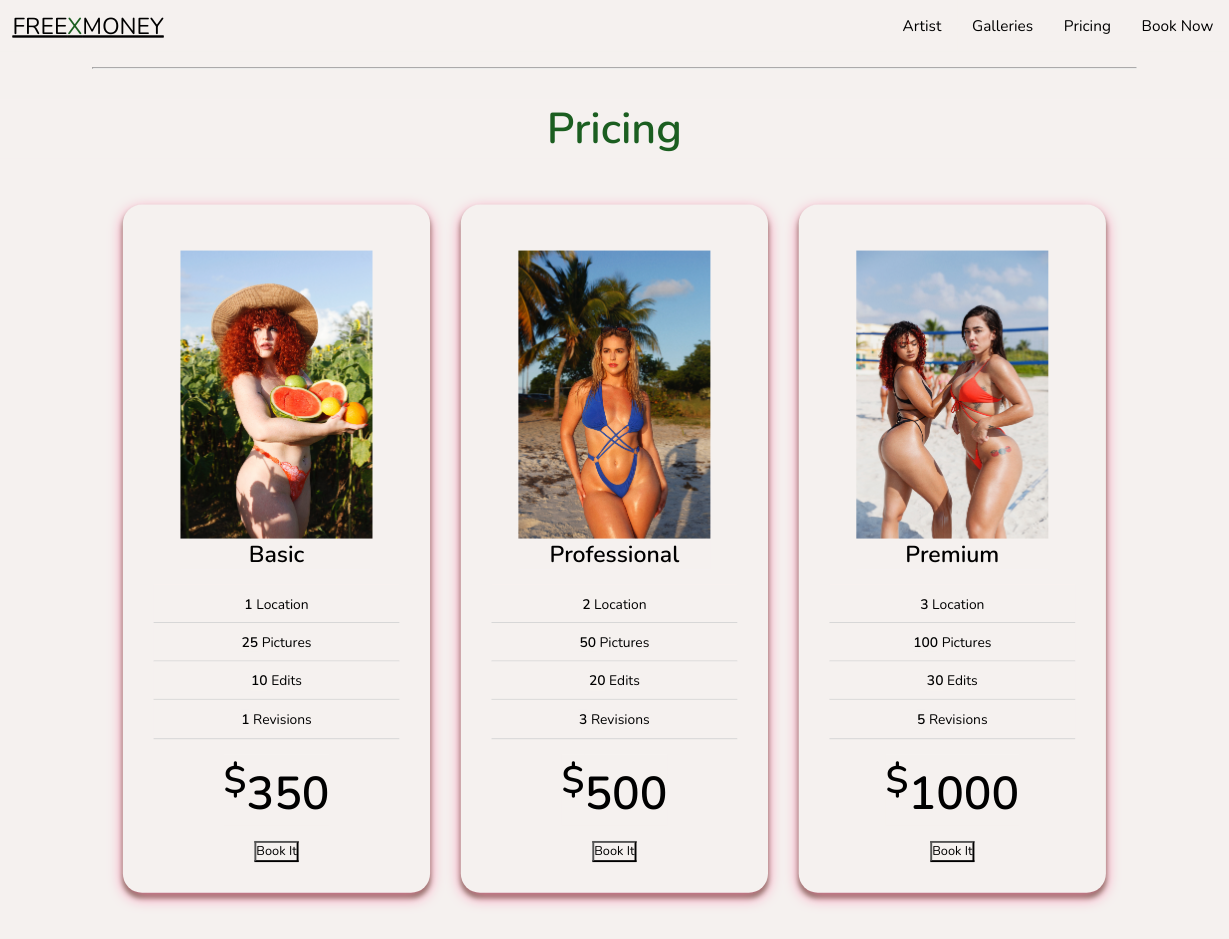
Repository: burntaftermint/freexmoney-draft
Page: price.html
These files come from the project's save history. The page is drawn as it stood at one moment and after the next save; the edit follows.
The browser window is 1280 px wide. The pictures show the whole page, at 96% of full size.
Some web fonts or font styles are not loaded; a fallback is used.

Above is the page before, as saved 2024-06-11 02:14:26.

### price.html
<!DOCTYPE html>
<html lang="en">
<head>
    <meta charset="UTF-8">
    <meta http-equiv="X-UA-Compatible" content="IE=edge">
    <meta name="viewport" content="width=device-width, initial-scale=1.0">
    <script src="script.js" defer></script>
    <title>FREEXMONEY</title>
    <link rel="preconnect" href="https://fonts.googleapis.com">
    <link rel="preconnect" href="https://fonts.gstatic.com" crossorigin>
    <link href="https://fonts.googleapis.com/css2?family=Architects+Daughter&family=Kumbh+Sans:wght@400;700&family=Montserrat:ital,wght@0,100;0,200;0,300;0,400;0,500;0,600;0,700;0,800;0,900;1,100;1,200;1,300;1,400;1,500;1,600;1,700;1,800;1,900&family=Nunito:wght@300;400;500;600&family=Roboto:wght@300&family=Rubik:wght@400;500;600;700;800&family=Yantramanav:wght@500&display=swap" rel="stylesheet">
    <link rel="stylesheet" type="text/css" href="style.css">
</head>
<body>
    <nav class="navbar">
        <div class="nav-title">
            <a href="index.html">FREE<span>X</span>MONEY</a>
        </div>
        <a href="#" class="toggle-button">
            <span class="bar"></span>
            <span class="bar"></span>
            <span class="bar"></span>
        </a>
        <div class="navbar-links">
            <ul>
                <li><a href="artist.html">Artist</a></li>
                <li><a href="gallery.html">Galleries</a></li>
                <li><a href="pricing.html">Pricing</a></li>
                <li><a href="home.html">Book Now</a></li>
            </ul>
        </div>
    </nav>
    <hr>
    <h1 class="galleryh1">Pricing</h1>
    <section class="pricing">
        <div class="card-wrapper">
            <!-- card header -->
            <div class="card-header">
                <img src="images/2.JPG" alt="basic">
                <h2>Basic</h2>
            </div>
            <!-- card detail -->
            <div class="card-detail">
                <p><b>1</b> Location </p>
                <p><b>25</b> Pictures </p>
                <p><b>10</b> Edits </p>
                <p><b>1</b> Revisions </p>

            </div>
            <!-- card price -->
            <div class="card-price">
                <p><sup>$</sup>350</p>
            </div>
            <!-- button -->
            <button class="card-button">Book It</button>
        </div>

        <div class="card-wrapper">
            <!-- card header -->
            <div class="card-header">
                <img src="images/4.JPG" alt="basic">
                <h2>Professional</h2>
            </div>
            <!-- card detail -->
            <div class="card-detail">
                <p><b>2</b> Location </p>
                <p><b>50</b> Pictures </p>
                <p><b>20</b> Edits </p>
                <p><b>3</b> Revisions </p>

            </div>
            <!-- card price -->
            <div class="card-price">
                <p><sup>$</sup>500</p>
            </div>
            <!-- button -->
            <button class="card-button">Book It</button>
        </div>

        <div class="card-wrapper">
            <!-- card header -->
            <div class="card-header">
                <img src="images/11.JPG" alt="basic">
                <h2>Premium</h2>
            </div>
            <!-- card detail -->
            <div class="card-detail">
                <p><b>3</b> Location </p>
                <p><b>100</b> Pictures </p>
                <p><b>30</b> Edits </p>
                <p><b>5</b> Revisions </p>

            </div>
            <!-- card price -->
            <div class="card-price">
                <p><sup>$</sup>1000</p>
            </div>
            <!-- button -->
            <button class="card-button">Book It</button>
        </div>

    </section>

</body>
</html>

### style.css

* {
    margin: 0;
    padding: 0;
    box-sizing: border-box;
    font-family: 'Nunito', sans-serif;
    background-color: #f5f1ef;
}

.container {
    display: flex;
    flex-direction: column;
    justify-content: center;
    align-items: center;
    text-align: center;
    margin: 15px 20px 0 20px;
}

.social-links img {
    width: 50px;

    margin: 20px;
    cursor: pointer;
}

.social-links {
    text-align: center;
}

hr {
    margin: 1rem 6rem 0 6rem;
}


.container .heading {
    width: 50%;
    padding-bottom: 20px;
}

.container .heading h3 {
    font-size: 3em;
    font-weight: 400;
    border-bottom: 3px solid #1b5e20;

}

.container .heading h3 span {
    color: #1b5e20;
    font-weight: 600;
}

.container .box {
    display: flex;
    flex-direction: row;
    justify-content: space-between;

}

.container .box .row1 {
    display: flex;
    flex-direction: column;
    width: 32.5%;
}

.container .box .row1 img {
    width: 100%;
    padding-bottom: 10px;
    animation: fadeInUp 2s ease;
}

.container .box .row1 img:hover{
    opacity: 0.5;
    transition: 0.2s ease;

}

.container .btn {
    margin: 40px 0 70px 0;
    background: #1b5e20;
    padding: 15px 40px ;
    border-radius: 5px;
}


.container .btn a {
    text-decoration: none;
    background-color: transparent;
    color: #f5f5f5;
    font-weight: bolder;
    letter-spacing: 1px;
}

.container .heading a {
    text-decoration: none;
    color: black;
}
.container .heading a:hover {

    color: #f06292;
}

.container .btn a:hover {
    text-decoration: none;
    background-color: transparent;
    color: #f06292;
    font-weight: bolder;

}

/* gallery css */
.gallery-container {
    width: 100%;
    min-height: 100vh;
    display: flex;
    justify-content: center;
    align-items: center;
    padding: 0px 90px;
}

.gallery-content-section {
    display: flex;
    justify-content: center;
    align-items: center;
    text-align: center;
    animation: fadeInRight 2s ease;
}

.gallery-content-section .gallery-card {
    flex: 1;
    margin: 20px 20px;
    box-shadow: 0px 2px 8px 0px rgba(0,0,0,0.2);
    border-radius: 20px;
    box-shadow: 0 5px 14px #fa7fa8, 0 5px 5px #1b5e20;
}

.gallery-content-section .gallery-card:hover {
    transform: scale(1.2);
    cursor: pointer;
}

.gallery-content-section .gallery-card img {
    width: 100%;
    height: auto;
    border-radius: 5px;
}

.gallery-content-section .gallery-card h2 {
    margin: 15px 0px;
    font-size: 28px;
    color: #f06292;
}

.gallery-content-section .gallery-card p {
    font-size: 16px;
    line-height: 1.5;
    padding: 0px 10px;
    margin-bottom: 20px;
}

.galleryh1 {
    text-align: center;
    font-size: 45px;
    color: #1b5e20;
    margin-top: 2rem;
}

/* home css */

.hero {
    background-color: #f5f1ef;
    overflow: hidden;
}

.home-heading h1 {
    color: #1b5e20;
    font-size: 55px;
    text-align: center;
    margin-top: 35px;
    margin-bottom: -30px;
}

.hero-content p {
    font-size: 24px;
    line-height: 1.5;
    margin-bottom: 40px;
    color: rgb(39, 39, 39);
}

.hero-btn {
    display: inline-block;
    background-color: #1b5e20;
    margin-top: -20px;
    padding: 12px 24px;
    border-radius: 5px;
    font-size: 20px;
    border: none;
    cursor: pointer;
    transition: 0.3s ease;
    font-weight: bolder;
    letter-spacing: 1px;
}
.hero-btn a {

    text-decoration: none;
    background-color: transparent;
    color: #f5f5f5;
}
.hero-btn a:hover {

    color: #f06292;
}
.container_home {
    display: flex;
    justify-content: center;
    align-items: center;
    width: 90%;
    margin: 65px auto;
}
.hero-content {
    flex: 1;
    width: 600px;
    margin: 0px 25px;
    animation: fadeInUp 2s ease;
}
.hero-image {
    flex: 1;
    width: 600px;
    margin: auto;
    animation: fadeInRight 2s ease;
}

.hero-content h2 {
    color: #f06292;
    font-size: 38px;
    margin-bottom: 10px;
}

.hero img {
width: 100%;
height: auto;
border-radius: 10px;
}

/* navbar css */
.navbar {
    display: flex;
    justify-content: space-between;
    align-items: center;
    background-color: #f5f1ef;


}

.nav-title {
    background-color: transparent;
    text-decoration: underline;
}
.nav-title a{
    color: black;

}
.nav-title a:hover{
    color: #f06292;
}
.nav-title span{
    background-color: transparent;
    color: #1b5e20;
}

.navbar-links ul {
    margin: 0;
    padding: 0;
    display: flex;
}

.navbar-links li {
    list-style: none;

}

.navbar-links li a {
    text-decoration: none;
    color: black;
    padding: 1rem;
    display: block;



}

.navbar-links li a:hover{
    color: #f06292;
}
.nav-title {
    font-size: 1.5rem;
    margin: .5rem;
    padding-left: 5px;

}

.toggle-button {
    position: absolute;
    top: .75rem;
    right: 1rem;
    display: none;
    flex-direction: column;
    justify-content: space-between;
    width: 30px;
    height: 21px;
}

.toggle-button .bar {
    height: 3px;
    width: 100%;
    background-color: black;
    border-radius: 10px;
}

/* Pricing css */

.pricing {
    display: flex;
    justify-content: center;
    flex-wrap: wrap;
    width: 100%;
    padding: 2rem;
}

.card-header >img {
    width: 200px;
    display: block;
    margin: 0 auto;
}

.card-wrapper {
    display: flex;
    flex-direction: column;
    align-items: center;
    justify-content: center;
    width: 320px;
    height: auto;

    border-radius: 20px;
    box-shadow: 0 5px 14px #fa7fa8, 0 5px 5px #1b5e20;
    padding: 2rem;
    margin: 1rem;
    transition: all 0.2 ease-in;
}

.card-wrapper:hover {
    transform: scale(1.1);

}

.card-wrapper:hover .card-header> h2{
    transform: scale(1.1);
    color: #f06292;
    letter-spacing: 2;
}
.card-header {
    margin: 1rem;
    text-align: center;

}

.card-detail {
    width: 100%;
    text-align: center;
}

.card-detail > p {
    padding: 0.6rem 1.5rem;
    font-size: 0.9rem;
    border-bottom: 1px solid #d5d5d5;

}

.card-price {
    display: flex;
    align-items: flex-start;
    margin: 1rem;
}

.card-price > p {
    font-size: 3rem;
    font-weight: 800;

}

.card-price > p > sup,
.card-price . p . sub {
    font-size: 1rem;
}





.pricing-card li {
    background-color: #fa7fa8;
}
.pricing-card strong {
    background-color: #fa7fa8;
}
.pricing-card sup {
    background-color: #fa7fa8;
}

.price {
    background-color: #fa7fa8;
    font-size: 70px;
    color: #f5f1ef;
    margin: 40px 0;
    transition: .2s linear;
}

.price sup, .price span {
    font-size: 22px;
    font-weight: 700;
}









@media only screen and (max-width: 1000px) {
    .gallery-content-section {
        flex-direction: column;
    }

    .pricing-card {
        flex: 50%;

    }

    .pricing-card-header {
        font-size: 10.5px;
    }

    .price {
        font-size: 45px;
    }

    .pricing-card li {
        font-size: 15px;
    }



}




@media only screen and (max-width: 769px) {
    .container .box {
        flex-direction: column;
    }
    .container .box .row1 {
        width: 100%;
    }
    .home-heading h1 {
        font-size: 45px;
        margin-top: 30px;
    }

    .hero {
        margin: 0px;

    }
    .container_home {
        width: 100%;
        flex-direction: column;
        margin: 0px;
        padding: 0px 40px;

    }
    .hero-content {
        width: 100%;
        margin: 35px 0px;
    }
    .hero-content h2 {
        font-size: 30px;

    }
    .hero-content p {
        font-size: 18px;
        margin-bottom: 20px;
    }
    .hero-btn {
        font-size: 16px;
        padding: 8px 16px;

    }
    .hero-image {
        width: 100%;
    }

    .pricing-card {
        flex: 50%;

    }

    .pricing-card-header {
        font-size: 6px;
    }

    .price {
        font-size: 35px;
    }

    .pricing-card li {
        font-size: 15px;
    }


}






@media only screen and (max-width: 718px) {
    .container .heading {
        width: 100%;

    }

    .container .heading h3 {
        font-size: 2.5em;


    }
}

@media only screen and (max-width: 549px) {
    .toggle-button {
        display: flex;

    }
    .navbar-links {
        display: none;
        width: 100%;

    }
    .navbar {
        flex-direction: column;
        align-items: flex-start;
    }

    .navbar-links ul {
        width: 100%;
        flex-direction: column;
    }

    .navbar-links li {
        text-align: center;
    }

    .navbar-links li a {
        padding: .3rem .7rem;
    }

    .navbar-links.active {
        display: flex;
    }
}

@media only screen and (max-width: 510px) {
    .gallery-card {
        width: 150%;

    }
}

@media only screen and (max-width: 400px) {
    .pricingh1 {
        margin-bottom: -175px;
    }
}

@keyframes fadeInUp {
    0% {
        opacity: 0;
        transform: translateY(50px);
    }
    100% {
        opacity: 1;
        transform: translateY(0px);
    }
}


@keyframes fadeInRight {
    0% {
        opacity: 0;
        transform: translateX(-50px);
    }
    100% {
        opacity: 1;
        transform: translateX(0px);
    }
}

Loaded but not shown: script.js (common file)

After the next save:
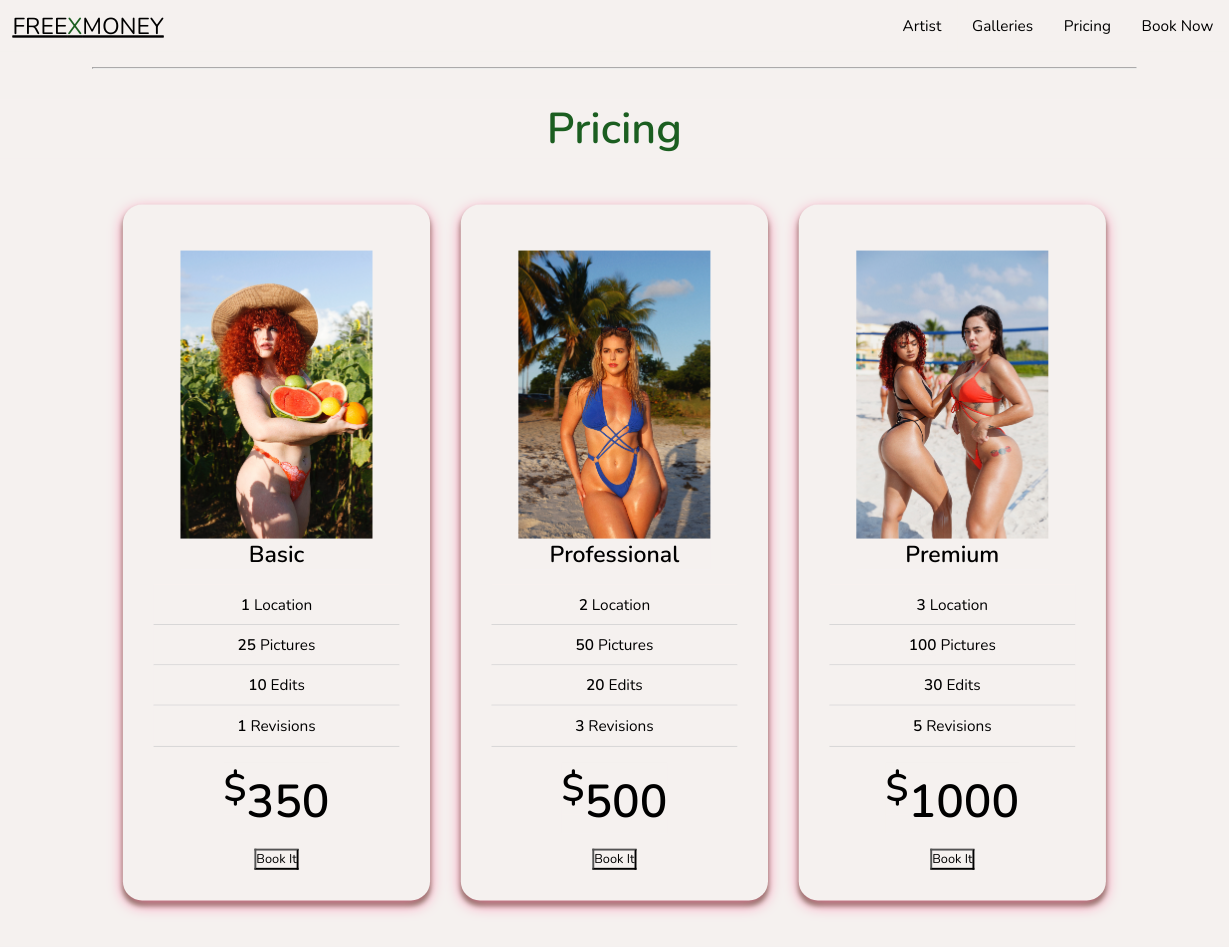
Saved 6 s later.
--- a/style.css
+++ b/style.css
@@ -370,7 +370,7 @@ border-radius: 10px;
 
 .card-detail > p {
     padding: 0.6rem 1.5rem;
-    font-size: 0.9rem;
+    font-size: 1rem;
     border-bottom: 1px solid #d5d5d5;
 
 }
